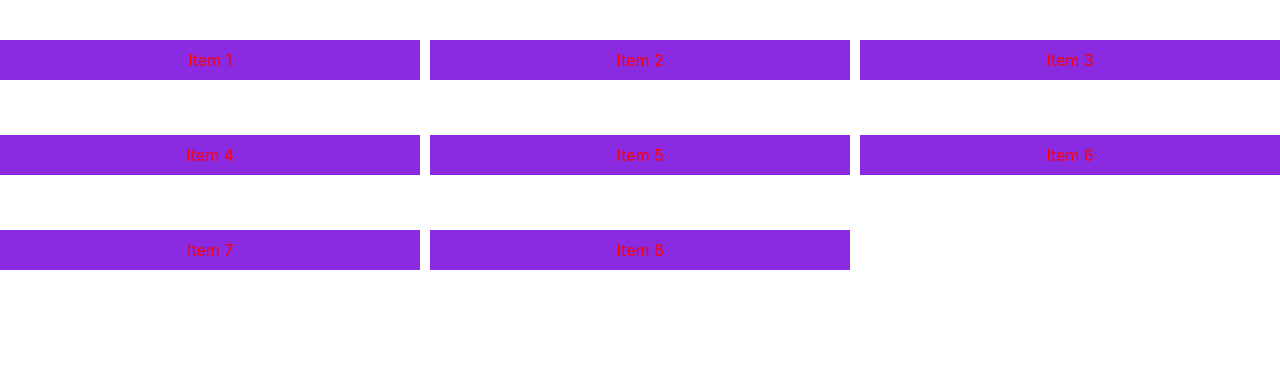
Repository: thai-shriya/anxiety-tracker
Page: /
The author's editor kept a copy of each file at every save. The page is drawn from the files as they stood at one save, then again after the next save.
The browser window is 1280 px wide. The pictures show the whole page.
The project was rebuilt for these pictures with package versions that can differ from the ones it lists, and the page was loaded fresh each time.

Above is the page before, as saved 2024-04-22 14:57:40.

### src/App.js
import './App.css';

function App() {
  return (
    <div className='grid-container'>
      <div className='grid-item'>Item 1</div>
      <div className='grid-item'>Item 2</div>
      <div className='grid-item'>Item 3</div>
      <div className='grid-item'>Item 4</div>
      <div className='grid-item'>Item 5</div>
      <div className='grid-item'>Item 6</div>
      <div className='grid-item'>Item 7</div>
      <div className='grid-item'>Item 8</div>
    </div>

  );
}

export default App;

### src/App.css
.grid-container{
  display: grid;
  grid-template-columns: auto auto auto;
  column-gap: 10px;
  row-gap: 15px;
}

.grid-item{
  color:red;
  padding: 10px;
  text-align: center;
  border: 1px red;
  background-color:blueviolet;
  margin-top: 40px;
}

Loaded but not shown: public/index.html (common file); src/index.js (common file); src/index.css (common file); src/reportWebVitals.js (common file)

After the next save:
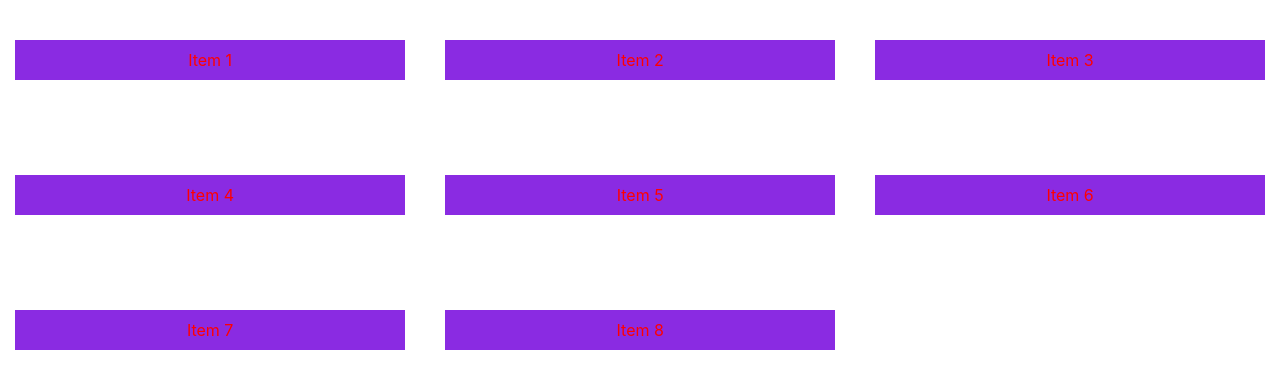
Saved 73 s later.
--- a/src/App.css
+++ b/src/App.css
@@ -11,5 +11,5 @@
   text-align: center;
   border: 1px red;
   background-color:blueviolet;
-  margin-top: 40px;
+  margin: 40px 15px 40px 15px;
 }
